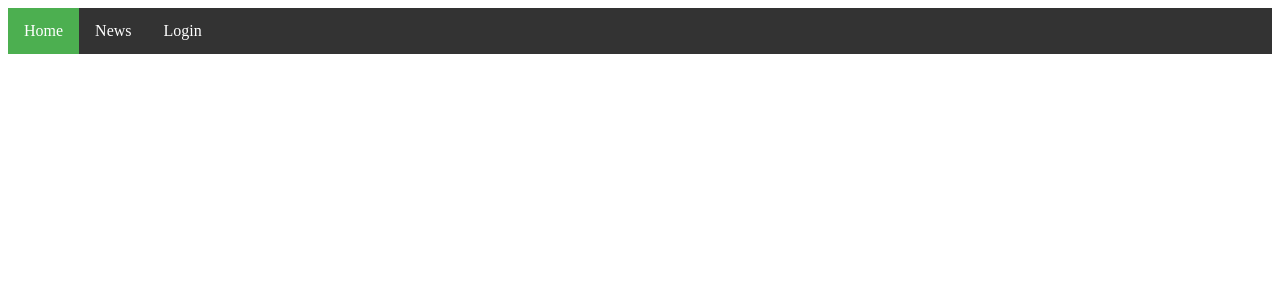
Repository: ManuArugollu1/meetingoraganizer1
Page: http://localhost/Meeting_Organizer/
An editor plug-in stored every save of this project. The page is shown before and after the next save, followed by the edit.
The browser window is 1280 px wide. The pictures show the whole page.
The page is served by Tomcat 9.

Above is the page before, as saved 2019-10-01 06:08:57.

After the next save:
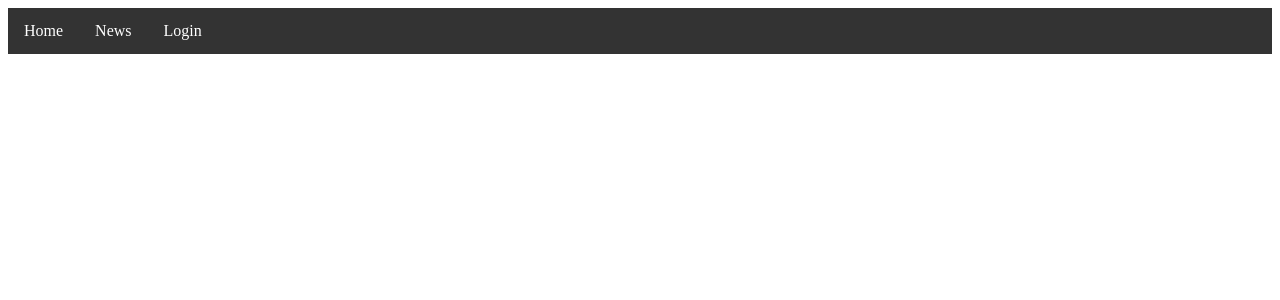
Saved 35 s later.
--- a/Meeting Organizer/WebContent/index.jsp
+++ b/Meeting Organizer/WebContent/index.jsp
@@ -48,9 +48,7 @@
   display: block;
   text-align: left;
 }
-.active {
-  background-color: #4CAF50;
-}
+
 
 .dropdown-content a:hover {background-color: #f1f1f1;}
 
@@ -62,7 +60,7 @@
 <body>
 
 <ul>
-  <li><a class="active" href="#home">Home</a></li>
+  <li><a href="#home">Home</a></li>
   <li><a href="#news">News</a></li>
   <li class="dropdown">
     <a href="javascript:void(0)" class="dropbtn">Login</a>

After the save that followed:
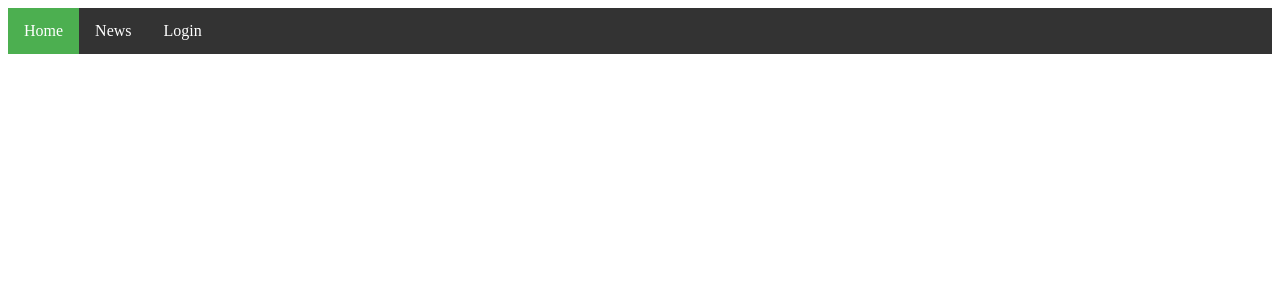
Saved 32 s later.
--- a/Meeting Organizer/WebContent/index.jsp
+++ b/Meeting Organizer/WebContent/index.jsp
@@ -48,7 +48,9 @@
   display: block;
   text-align: left;
 }
-
+.active {
+  background-color: #4CAF50;
+}
 
 .dropdown-content a:hover {background-color: #f1f1f1;}
 
@@ -60,7 +62,7 @@
 <body>
 
 <ul>
-  <li><a href="#home">Home</a></li>
+  <li><a class="active" href="#home">Home</a></li>
   <li><a href="#news">News</a></li>
   <li class="dropdown">
     <a href="javascript:void(0)" class="dropbtn">Login</a>
